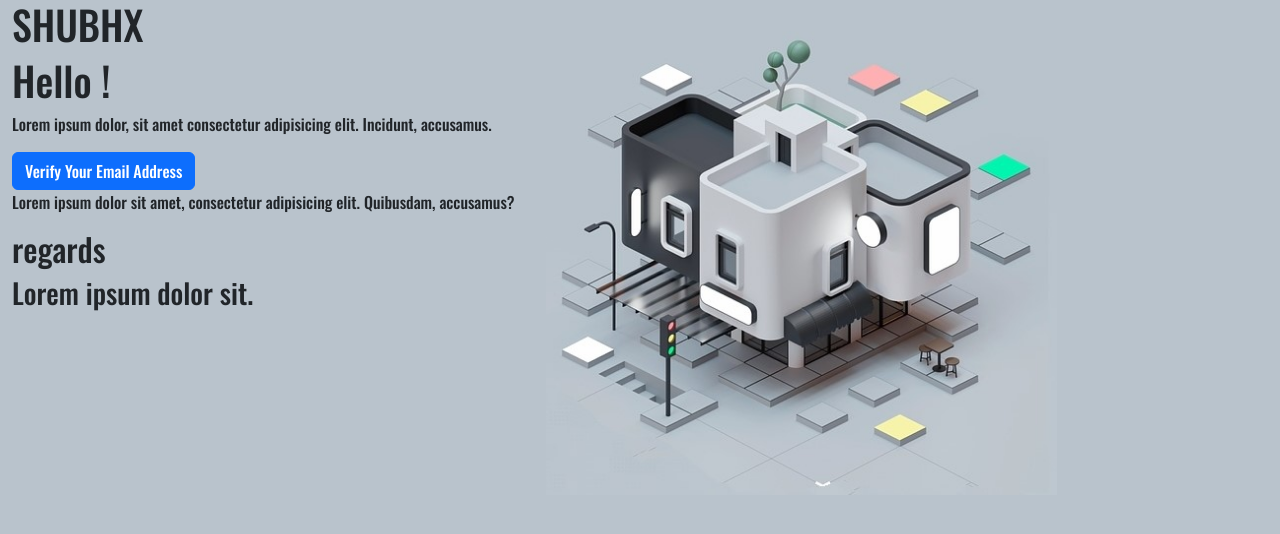
Repository: Aayush919/taskui
Page: index.html
These files come from the project's save history. The page is drawn as it stood at one moment and after a run of saves; the edit follows.
The browser window is 1280 px wide. The pictures show the whole page.

Above is the page before, as saved 2024-01-12 13:21:34.

### index.html
<!DOCTYPE html>
<html lang="en">

<head>
  <meta charset="utf-8">
  <meta name="viewport" content="width=device-width, initial-scale=1">
  <title>Bootstrap demo</title>
  <link href="https://cdn.jsdelivr.net/npm/bootstrap@5.3.2/dist/css/bootstrap.min.css" rel="stylesheet"
    integrity="sha384-T3c6CoIi6uLrA9TneNEoa7RxnatzjcDSCmG1MXxSR1GAsXEV/Dwwykc2MPK8M2HN" crossorigin="anonymous">
  <link rel="stylesheet" href="style.css">
  <style>
    /* Add this style for responsive images */
    .right img {
      max-width: 100%;
      height: auto;
    }
  </style>
</head>

<body >
  <div class="bg-light custom-bg">
  <div class="container-fluid custom-bg">
    <div class="row">
      <div class="col-lg-6 left">
        <div class="top">
          <h1>SHUBHX
          </h1>
          <h1>Hello !</h1>
          <p>Lorem ipsum dolor, sit amet consectetur adipisicing elit. Incidunt, accusamus.</p>
          <button class="btn btn-primary">Verify Your Email Address</button>
          <p>Lorem ipsum dolor sit amet, consectetur adipisicing elit. Quibusdam, accusamus?</p>
          <h2>regards</h2>
          <h3>Lorem ipsum dolor sit.</h3>
        </div>
      </div>
      <div class="col-lg-6 right">
        <img src="./bg.jpg" alt="Background Image" class="img-fluid">
      </div>
    </div>
  </div>
  </div>

  <script src="https://cdn.jsdelivr.net/npm/bootstrap@5.3.2/dist/js/bootstrap.bundle.min.js"
    integrity="sha384-C6RzsynM9kWDrMNeT87bh95OGNyZPhcTNXj1NW7RuBCsyN/o0jlpcV8Qyq46cDfL"
    crossorigin="anonymous"></script>
</body>

</html>

### style.css

@import url('https://fonts.googleapis.com/css2?family=Oswald:wght@500&display=swap');

*{
margin: 0;
padding: 0;
box-sizing: border-box;
font-family:Oswald;

}


html,body{
    height: 100%;
    width: 100%;

}

.custom-bg{
    background-color:#B9C3CC;
    min-height: 100vh;
    width: 100%;
    display: flex;
    justify-content: space-between;


}

After the next 2 saves:
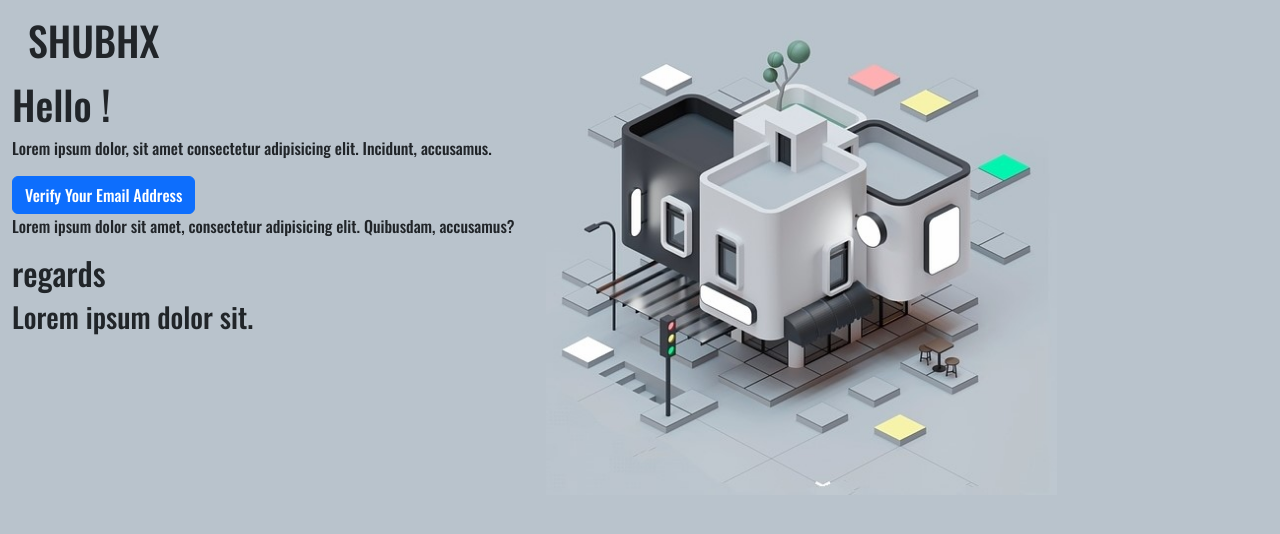
The 2 saves are shown as one change because they came seconds apart.
The last was saved 22 s later.
--- a/index.html
+++ b/index.html
@@ -23,7 +23,7 @@
     <div class="row">
       <div class="col-lg-6 left">
         <div class="top">
-          <h1>SHUBHX
+          <h1 class="m-3">SHUBHX
           </h1>
           <h1>Hello !</h1>
           <p>Lorem ipsum dolor, sit amet consectetur adipisicing elit. Incidunt, accusamus.</p>
